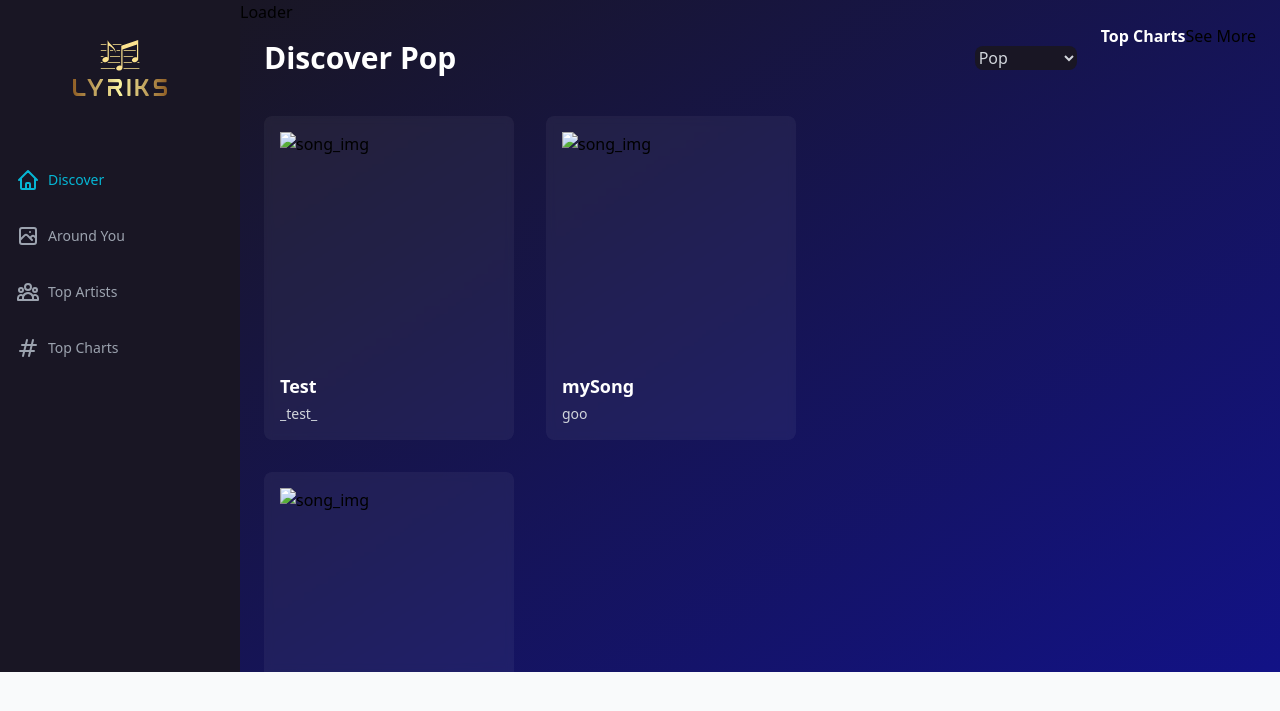
Repository: Chris24T/Dotify
Page: /
These files come from the project's save history. The page is drawn as it stood at one moment and after the next save; the edit follows.
The browser window is 1280 px wide. The pictures show the whole page.
An inner scrolling area shows only its first screen. The project was rebuilt for these pictures with package versions that can differ from the ones it lists, and the page was loaded fresh each time. Also part of the build but not shown: vite.config.js, src/components/ArtistCard.jsx, src/components/DetailsHeader.jsx, src/components/SongBar.jsx, src/components/RelatedSongs.jsx, src/components/MusicPlayer/Controls.jsx, src/components/MusicPlayer/Player.jsx, src/components/MusicPlayer/Seekbar.jsx and 11 more.

Above is the page before, as saved 2022-12-04 20:31:35.

After the next save:
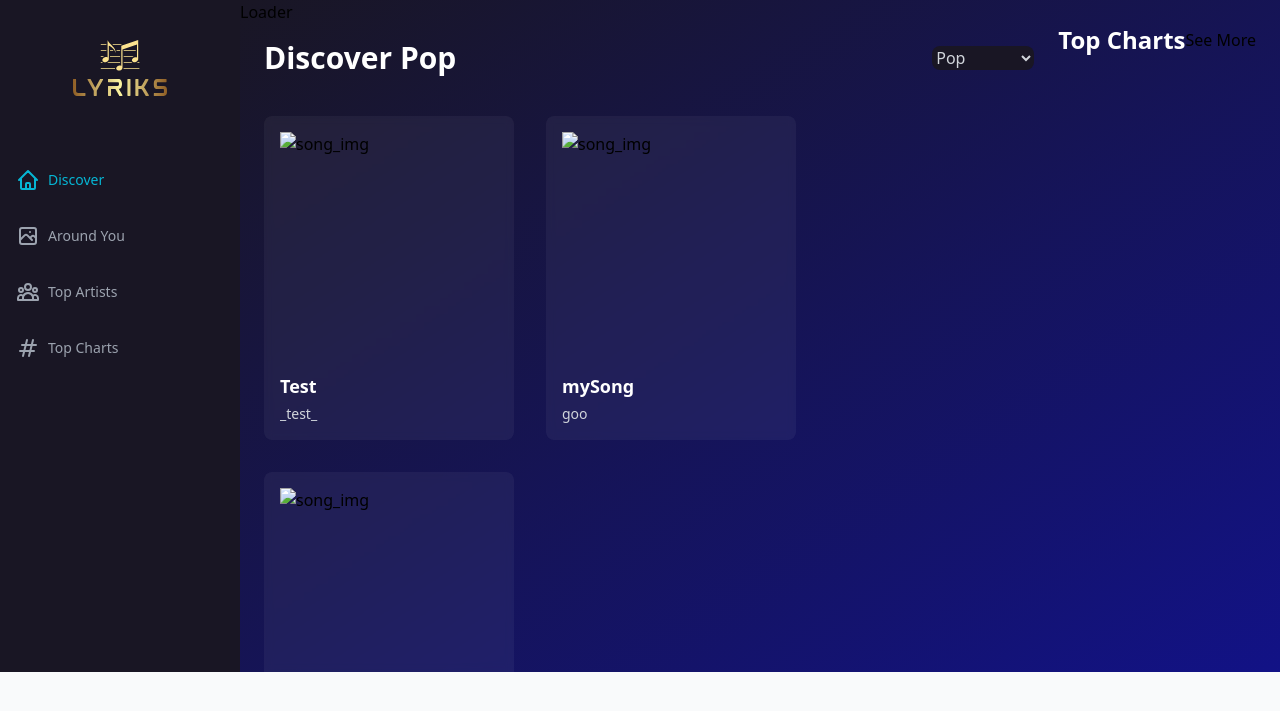
Saved 11 s later.
--- a/src/components/TopPlay.jsx
+++ b/src/components/TopPlay.jsx
@@ -38,7 +38,7 @@ const TopPlay = () => {
     >
       <div className="w-full flex flex-col">
         <div className="flex flex-row justify-between items-center">
-          <h2 className="text-white font-bold">Top Charts</h2>
+          <h2 className="text-white font-bold text-2xl">Top Charts</h2>
           <Link to="/top-charts">
             <p>See More</p>
           </Link>
